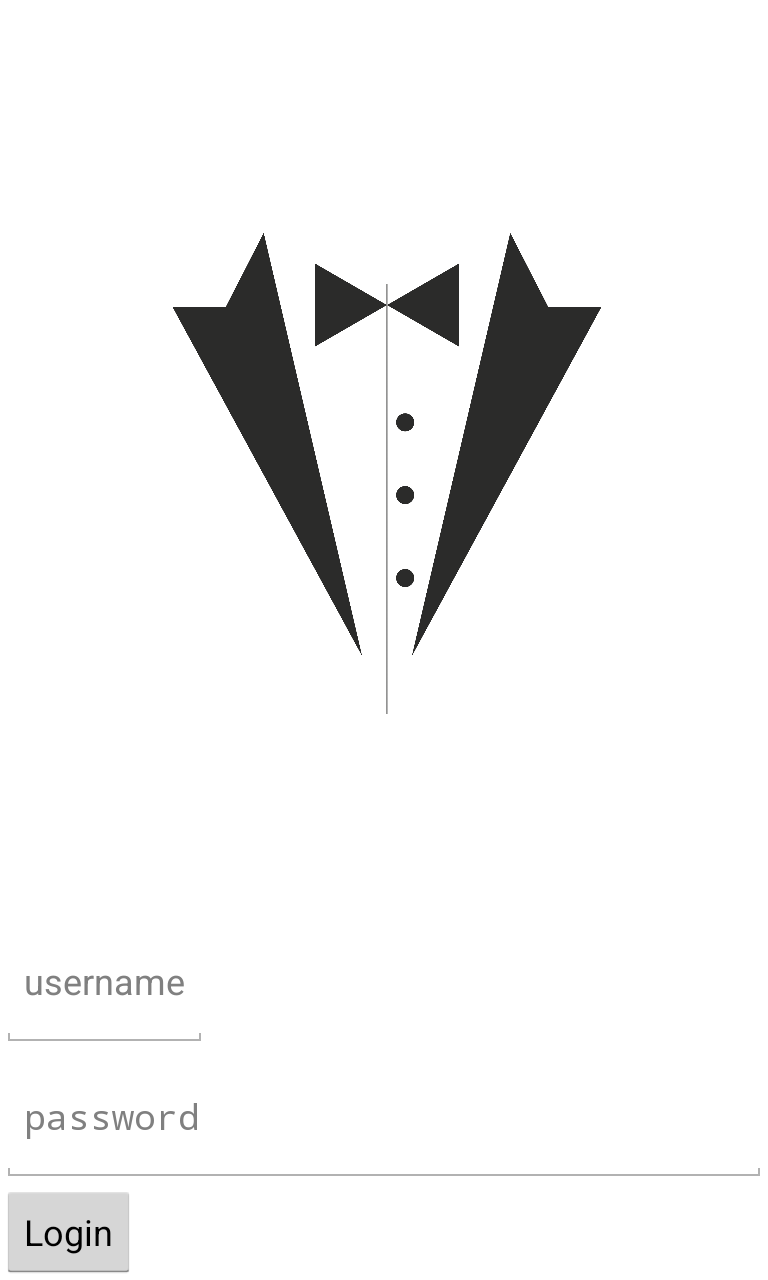
Repository: oszalex/SpryAndroid
Layout: android/Bro/res/layout/activity_main.xml
These files come from the project's save history. The layout is drawn as it stood at one moment and after a run of saves; the edit follows.
It is drawn on a 768 x 1280 px phone screen (xhdpi) without system bars, with theme AppTheme; the app's code is not run.

Above is the layout before, as saved 2014-01-21 15:56:13.

### android/Bro/res/layout/activity_main.xml
<LinearLayout xmlns:android="http://schemas.android.com/apk/res/android"
    xmlns:tools="http://schemas.android.com/tools"
    android:layout_width="match_parent"
    android:layout_height="match_parent"
    android:orientation="vertical"
    >

    <ImageView
        android:id="@+id/logo"
        android:layout_gravity="center_horizontal"
        android:layout_width="256dp"
        android:layout_height="256dp"
        android:layout_weight="3"
        android:contentDescription="@string/logo_description"
        android:src="@drawable/logo" />

    <EditText
        android:id="@+id/edit_username"
        android:layout_width="wrap_content"
        android:layout_height="0dp"
        android:layout_weight="1"
        android:hint="@string/edit_username" />

    <EditText
        android:id="@+id/edit_password"
        android:layout_width="fill_parent"
        android:layout_height="0dp"
        android:layout_weight="1"
        android:hint="@string/edit_password"
        android:inputType="textPassword" />

    <Button
        android:layout_width="wrap_content"
        android:layout_height="wrap_content"
        android:text="@string/button_login" />

</LinearLayout>

### android/Bro/res/values/strings.xml
<?xml version="1.0" encoding="utf-8"?>
<resources>

    <string name="app_name">Bro</string>
    <string name="action_settings">Settings</string>
    <string name="edit_username">username</string>
    <string name="edit_password">password</string>
    <string name="button_login">Login</string>
    <string name="logo_description">Bro-Logo</string>

</resources>

Loaded but not shown: android/Bro/res/values/styles.xml (common file); android/Bro/res/values-v11/styles.xml (common file); android/Bro/res/values-v14/styles.xml (common file)

After the next 3 saves:
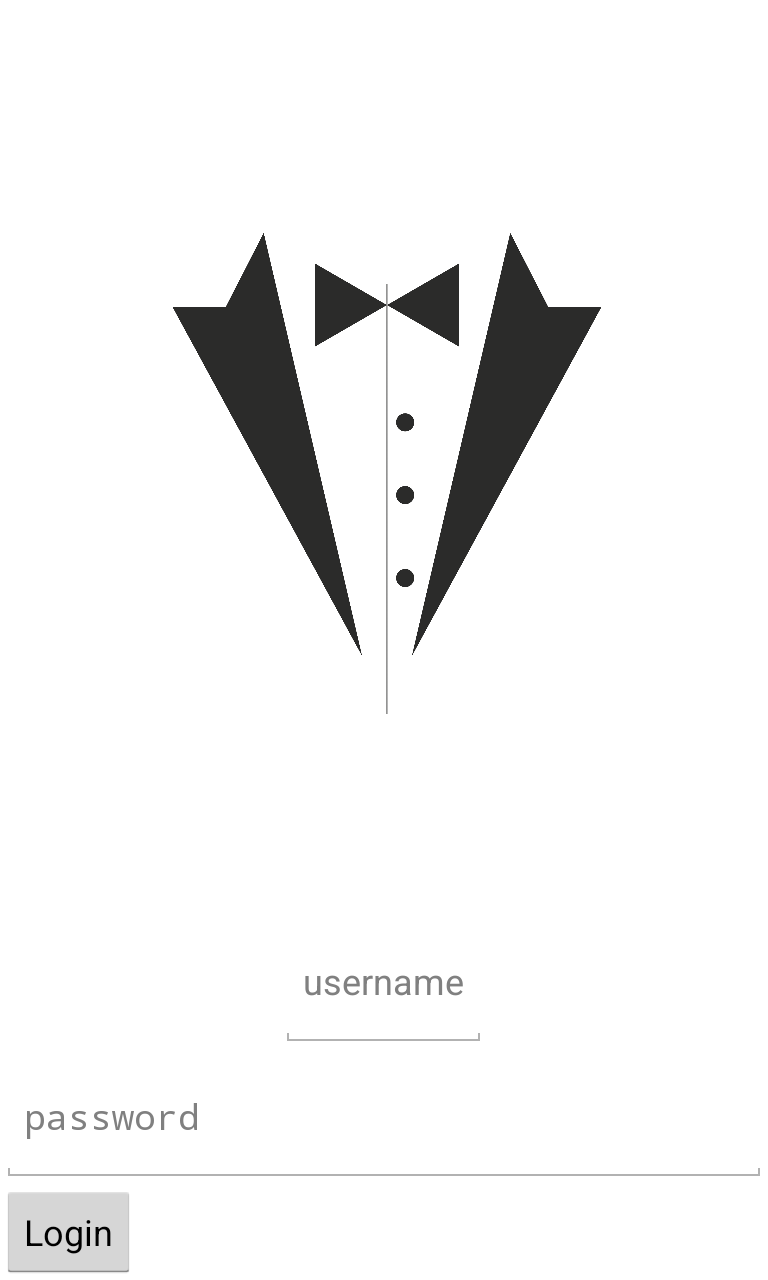
The 3 saves are shown as one change because they came seconds apart.
The last was saved 18 s later.
--- a/android/Bro/res/layout/activity_main.xml
+++ b/android/Bro/res/layout/activity_main.xml
@@ -2,14 +2,13 @@
     xmlns:tools="http://schemas.android.com/tools"
     android:layout_width="match_parent"
     android:layout_height="match_parent"
-    android:orientation="vertical"
-    >
+    android:orientation="vertical" >
 
     <ImageView
         android:id="@+id/logo"
-        android:layout_gravity="center_horizontal"
         android:layout_width="256dp"
         android:layout_height="256dp"
+        android:layout_gravity="center_horizontal"
         android:layout_weight="3"
         android:contentDescription="@string/logo_description"
         android:src="@drawable/logo" />
@@ -18,6 +17,7 @@
         android:id="@+id/edit_username"
         android:layout_width="wrap_content"
         android:layout_height="0dp"
+        android:layout_gravity="center_horizontal"
         android:layout_weight="1"
         android:hint="@string/edit_username" />
 
@@ -25,6 +25,7 @@
         android:id="@+id/edit_password"
         android:layout_width="fill_parent"
         android:layout_height="0dp"
+        android:layout_gravity="center_horizontal"
         android:layout_weight="1"
         android:hint="@string/edit_password"
         android:inputType="textPassword" />
